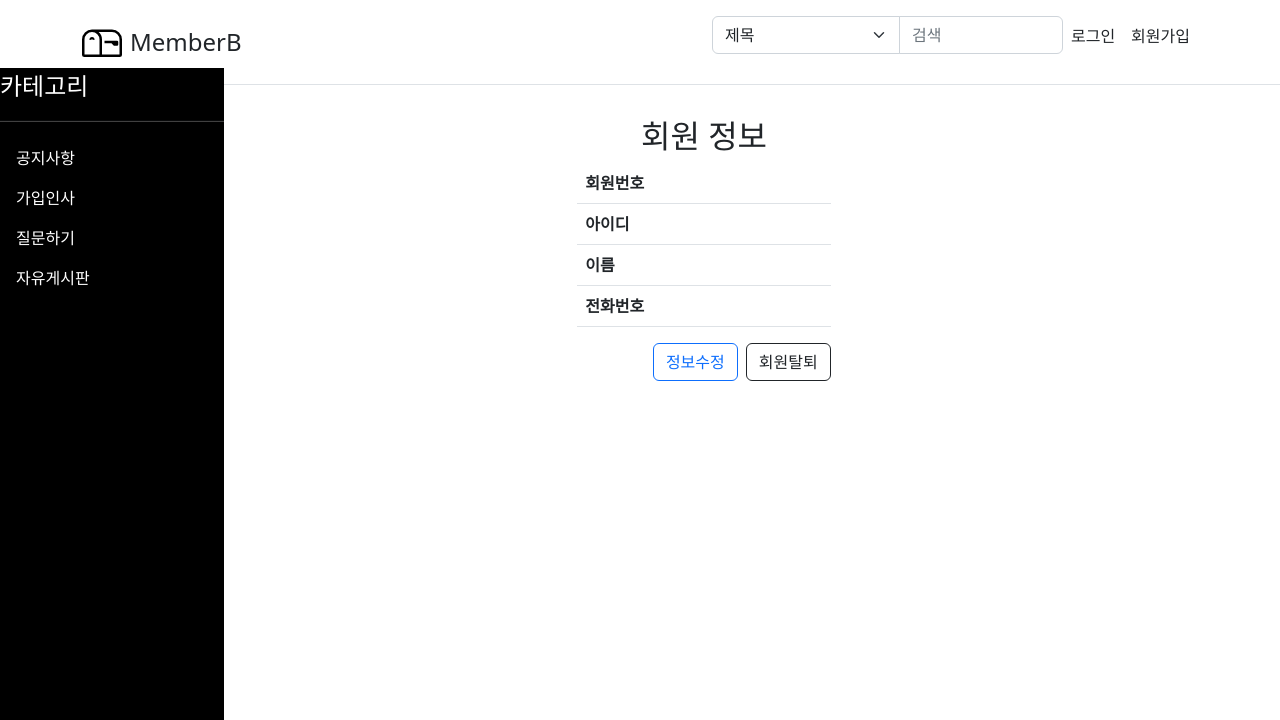
Repository: charmErin/board_220915
Page: http://localhost/board/WEB-INF/views/member/detail.jsp
An editor plug-in stored every save of this project. The page is shown before and after the next save, followed by the edit.
The browser window is 1280 px wide. The pictures show the whole page.
The page is served by Tomcat 9. Nobody is signed in. Other server files are loaded and not shown. The template is opened directly, without the code that normally fills it, so the values that code supplies are empty.

Above is the page before, as saved 2022-09-16 02:26:21.
Console error: SyntaxError: Unexpected token ';'

### board/src/main/webapp/WEB-INF/views/member/detail.jsp
<%@ page language="java" contentType="text/html; charset=UTF-8"
    pageEncoding="UTF-8"%>
<%@ taglib uri="http://java.sun.com/jsp/jstl/core" prefix="c" %>
<!DOCTYPE html>
<html>
<head>
<meta charset="UTF-8">
<title>Insert title here</title>
<style>
	.body-content {
		margin-top: 2rem;
		margin-left: 15rem;
		padding-left: 3rem;
		padding-right: 10rem;
	}

	h2 {
		text-align: center;
		margin: 50px;
	}
</style>
</head>
<body>
	<%@include file ="../layout/header.jsp" %>
	<div class="body-content">
	<div class="container col-4">
		<h2>회원 정보</h2>
		<table class="table">
			<tr>
				<th scope="row">회원번호</th>
				<td>${member.id}</td>
			</tr>
			<tr>
				<th scope="row">아이디</th>
				<td>${member.loginId}</td>
			</tr>
			<tr>
				<th scope="row">이름</th>
				<td>${member.memberName}</td>
			</tr>
			<tr>
				<th scope="row">전화번호</th>
				<td>${member.memberMobile}</td>
			</tr>
		</table>
		<c:if test="${sessionScope.id == member.id}">
			<c:choose>
				<c:when test="${sessionScope.memberName == '관리자'}">
					<div class="d-grid gap-2 d-md-flex justify-content-md-end">
						<button type="button" class="btn btn-outline-dark" onclick="memberList()">회원목록</button>
					</div>
				</c:when>
				<c:otherwise>
					<div class="d-grid gap-2 d-md-flex justify-content-md-end">
				<button type="button" class="btn btn-outline-primary" onclick="memberUpdate()">정보수정</button>
				<button type="button" class="btn btn-outline-dark" onclick="memberDelete()">회원탈퇴</button>
			</div>
				</c:otherwise>
			</c:choose>
		</c:if>
	</div>
	</div>
</body>
<script>
	const memberUpdate = () => {
		location.href = "/member/update-form/" + ${sessionScope.id};
	}

	const memberDelete = () => {
		location.href = "/member/delete/" + ${sessionScope.id};
	}

	const memberList = () => {
		location.href = "/member/findAll";
	}
</script>
</html>

### board/src/main/webapp/WEB-INF/views/layout/header.jsp
<%@ page language="java" contentType="text/html; charset=UTF-8"
    pageEncoding="UTF-8"%>
<%@ taglib uri="http://java.sun.com/jsp/jstl/core" prefix="c" %>
<%@ taglib prefix="fmt" uri="http://java.sun.com/jsp/jstl/fmt" %>
<!DOCTYPE html>
<html>
<head>
<meta charset="UTF-8">
<link href="https://cdn.jsdelivr.net/npm/bootstrap@5.2.1/dist/css/bootstrap.min.css" rel="stylesheet" integrity="sha384-iYQeCzEYFbKjA/T2uDLTpkwGzCiq6soy8tYaI1GyVh/UjpbCx/TYkiZhlZB6+fzT" crossorigin="anonymous">
<title>Insert title here</title>
<style>
	.side-bar {
		width: 14rem;
		height: 100%;
		position: fixed;
		display: inline !important;
		z-index: 1 !important;
		background-color: black;
	}

	hr {
		background-color: #fff;
		height: 2px;
	}
</style>
</head>
<body>
	<header class="py-3 border-bottom header-fix">
		<div class="container d-flex flex-wrap justify-content-center">
			<a href="/" class="d-flex align-items-center mb-3 mb-lg-0 me-lg-auto text-dark text-decoration-none">
				<img src="../../../resources/svg/mailbox.svg" width="40" height="40">
				<span class="fs-4 m-2">
					MemberB
				</span>
			</a>
			<form class="col-md-auto" action="/board/search" method="get">
				<div class="input-group">
					<select class="form-select" name="searchType">
						<option value="boardTitle">제목</option>
						<option value="boardWriter">작성자</option>
						<option value="boardContetns">내용</option>
					</select>
					<input class="form-control col-2" type="text" name="q" placeholder="검색" aria-label="Search">
				</div>
			</form>
			<div>
				<c:choose>
					<c:when test="${sessionScope.id == null}">
						<ul class="nav">
							<li class="nav-item">
								<a href="/member/login-form" class="nav-link link-dark px-2">로그인</a>
							</li>
							<li class="nav-item">
								<a href="/member/save-form" class="nav-link link-dark px-2">회원가입</a>
							</li>
						</ul>
					</c:when>
					<c:otherwise>
						<ul class="nav">
							<li class="nav-item">
								<a href="/member/detail/${sessionScope.id}" class="nav-link link-dark px-2">${sessionScope.memberName}</a>
							</li>
							<c:if test="${sessionScope.loginId eq 'admin'}">
								<li class="nav-item">
									<a href="/member/findAll" class="nav-link link-dark px-2">회원목록</a>
								</li>
							</c:if>
							<li class="nav-item">
								<a href="/member/logout" class="nav-link link-dark px-2">로그아웃</a>
							</li>
						</ul>
					</c:otherwise>
				</c:choose>
			</div>
		</div>
		<div class="side-bar">
			<span class="fs-4 text-white">카테고리</span>
			<hr>
			<ul class="nav nav-pills flex-column mb-auto">
				<li class="nav-item">
					<a href="/board/1" class="nav-link text-white">공지사항</a>
				</li>
				<li>
					<a href="/board/2" class="nav-link text-white">가입인사</a>
				</li>
				<li>
					<a href="/board/3" class="nav-link text-white">질문하기</a>
				</li>
				<li>
					<a href="/board/4" class="nav-link text-white">자유게시판</a>
				</li>
			</ul>
		</div>
	</header>
</body>
</html>

### board/src/main/webapp/resources/svg/mailbox.svg
<svg xmlns="http://www.w3.org/2000/svg" width="16" height="16" fill="currentColor" class="bi bi-mailbox" viewBox="0 0 16 16">
  <path d="M4 4a3 3 0 0 0-3 3v6h6V7a3 3 0 0 0-3-3zm0-1h8a4 4 0 0 1 4 4v6a1 1 0 0 1-1 1H1a1 1 0 0 1-1-1V7a4 4 0 0 1 4-4zm2.646 1A3.99 3.99 0 0 1 8 7v6h7V7a3 3 0 0 0-3-3H6.646z"/>
  <path d="M11.793 8.5H9v-1h5a.5.5 0 0 1 .5.5v1a.5.5 0 0 1-.5.5h-1a.5.5 0 0 1-.354-.146l-.853-.854zM5 7c0 .552-.448 0-1 0s-1 .552-1 0a1 1 0 0 1 2 0z"/>
</svg>

After the next save:
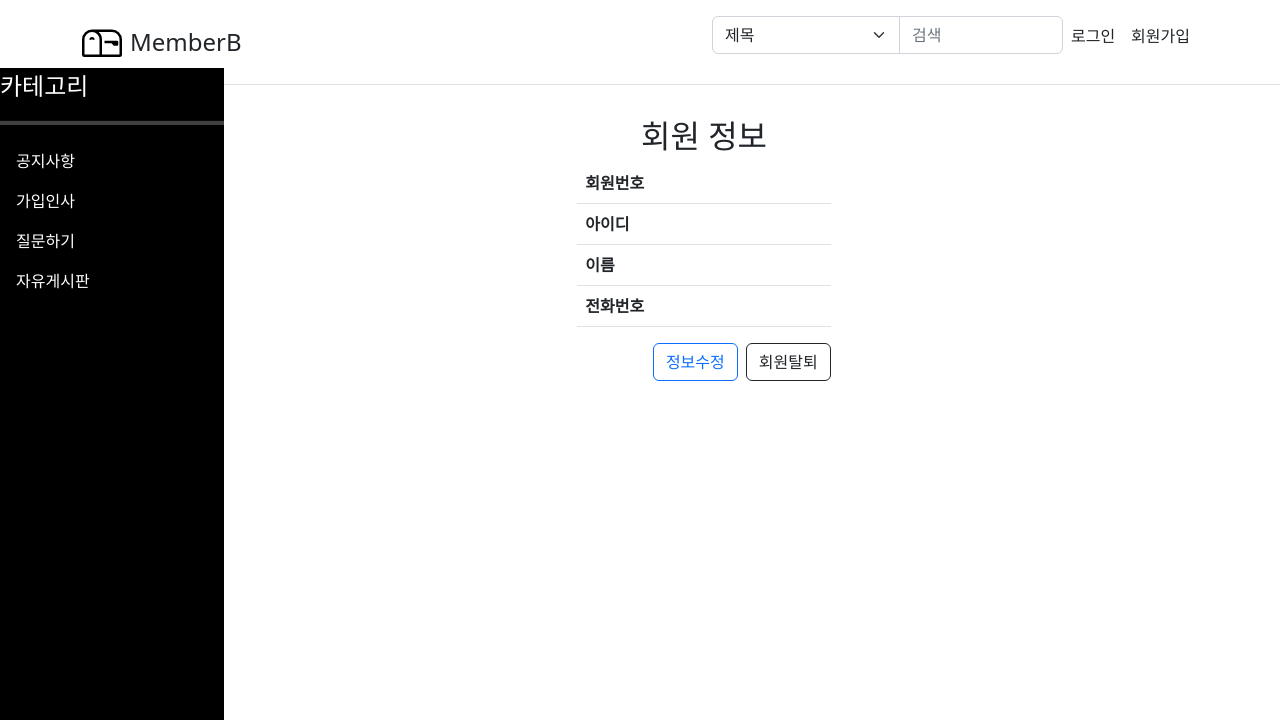
Saved 5 s later.
--- a/board/src/main/webapp/WEB-INF/views/layout/header.jsp
+++ b/board/src/main/webapp/WEB-INF/views/layout/header.jsp
@@ -20,7 +20,7 @@
 
 	hr {
 		background-color: #fff;
-		height: 2px;
+		height: 5px;
 	}
 </style>
 </head>
